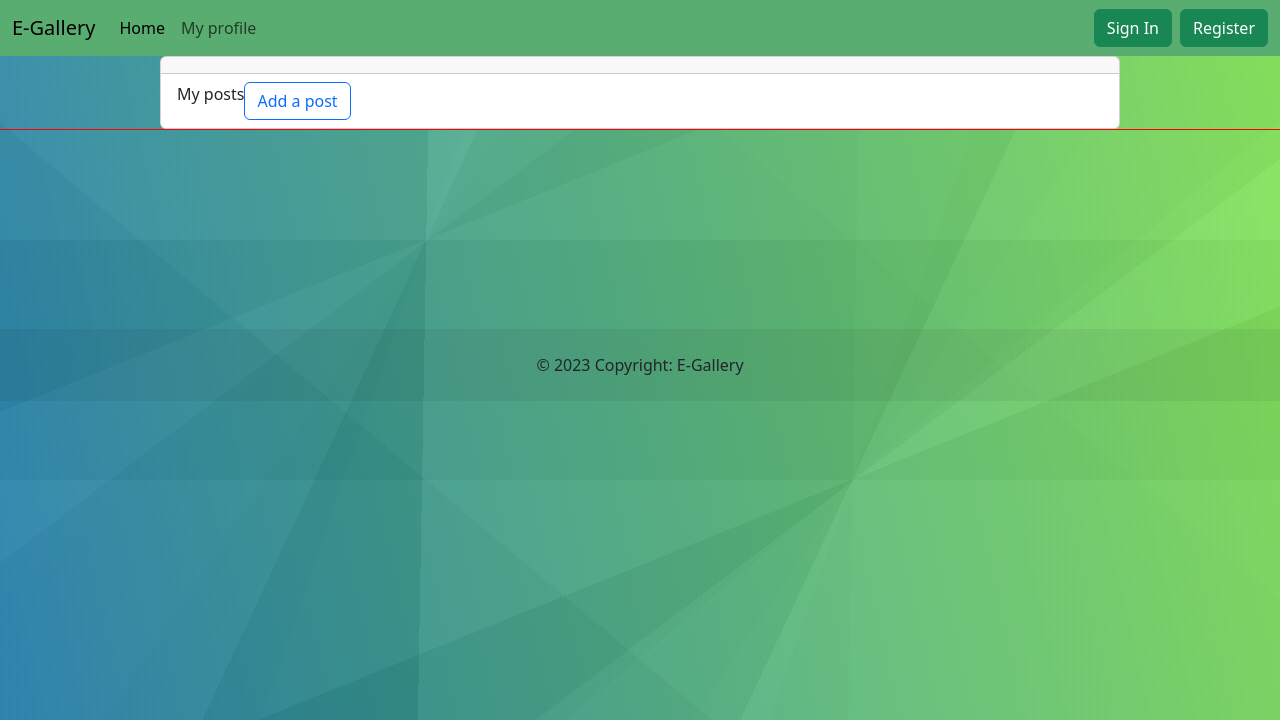
Repository: NicolasMartiel/ProjetJEE
Page: http://localhost/myprofile
These files come from the project's save history. The page is drawn as it stood at one moment and after the next save; the edit follows.
The browser window is 1280 px wide. The pictures show the whole page.
The page is this project's Thymeleaf template; nobody is signed in. The template is opened directly, without the code that normally fills it, so the values that code supplies are empty.

Above is the page before, as saved 2023-11-05 22:46:16.

### webapp/src/main/resources/templates/myprofile.html
<!DOCTYPE html>
<html lang="en" xmlns:th="http://www.thymeleaf.org">

<head>

	<title>E-Gallery</title>

	<meta name="description" content="Gallery of posts by different users">
	<meta name="author" content="Nicolas Martiel">
	<meta charset="UTF-8">

	<link rel="shortcut icon" href="#">
	<link href="https://cdn.jsdelivr.net/npm/bootstrap@5.3.2/dist/css/bootstrap.min.css" rel="stylesheet"
		integrity="sha384-T3c6CoIi6uLrA9TneNEoa7RxnatzjcDSCmG1MXxSR1GAsXEV/Dwwykc2MPK8M2HN" crossorigin="anonymous">
	<link rel="stylesheet" th:href="@{css/index.css}">

	<script th:src="@{js/index.js}"></script>

</head>

<body>
	<nav class="navbar navbar-expand-lg sticky-top" id="bg-color">

		<div class="container-fluid">

			<a class="navbar-brand" th:href="@{/}">E-Gallery</a>

			<button class="navbar-toggler" type="button" data-bs-toggle="collapse"
				data-bs-target="#navbarSupportedContent" aria-controls="navbarSupportedContent" aria-expanded="false"
				aria-label="Toggle navigation">
				<span class="navbar-toggler-icon"></span>

			</button>

			<div class="collapse navbar-collapse" id="navbarSupportedContent">

				<ul class="navbar-nav me-auto mb-2 mb-lg-0">

					<li class="nav-item">
						<a class="nav-link active" aria-current="page" th:href="@{/}">Home</a>
					</li>

					<li class="nav-item">
						<a class="nav-link" href="#">My profile</a>
					</li>

					<!--<li class="nav-item dropdown">

						<a class="nav-link dropdown-toggle" href="#" role="button" data-bs-toggle="dropdown"
							aria-expanded="false">
							Dropdown
						</a>

						<ul class="dropdown-menu">

							<li><a class="dropdown-item" href="#">Action</a></li>

							<li><a class="dropdown-item" href="#">Another action</a></li>

							<li>
								<hr class="dropdown-divider">
							</li>

							<li><a class="dropdown-item" href="#">Something else here</a></li>

						</ul>

					</li>-->


				</ul>



				<form class="d-flex">
					<button class="btn btn-success me-2" type="submit" onclick="alertWIP()">Sign In</button>
					<button class="btn btn-success " type="submit" onclick="alertWIP()">Register</button>
				</form>

			</div>
		</div>
	</nav>


	<div class="outline d-flex justify-content-center">
		<div class="card w-75" >
			<div class="card-header">

			</div>
			<ul class="list-group list-group-flush">
				<li class="list-group-item d-flex">
					My posts
					<button type="button" class="btn btn-outline-primary _position">Add a post</button>
				</li>

			</ul>
		</div>
	</div>

	<div class="height"></div>
	<footer>

		<div class="text-center p-4 _color">

			© 2023 Copyright: E-Gallery

		</div>

	</footer>

	<!--<script src="https://cdn.jsdelivr.net/npm/@popperjs/core@2.11.8/dist/umd/popper.min.js"
		integrity="sha384-I7E8VVD/ismYTF4hNIPjVp/Zjvgyol6VFvRkX/vR+Vc4jQkC+hVqc2pM8ODewa9r"
		crossorigin="anonymous"></script>-->
	<script src="https://cdn.jsdelivr.net/npm/bootstrap@5.3.2/dist/js/bootstrap.bundle.min.js"
		integrity="sha384-C6RzsynM9kWDrMNeT87bh95OGNyZPhcTNXj1NW7RuBCsyN/o0jlpcV8Qyq46cDfL"
		crossorigin="anonymous"></script>
</body>

</html>

### webapp/src/main/resources/static/css/index.css
body {

	margin:0;
	background-image: linear-gradient(323deg, rgba(234, 234, 234, 0.04) 0%, rgba(234, 234, 234, 0.04) 33.3%, rgba(69, 69, 69, 0.04) 33.3%, rgba(69, 69, 69, 0.04) 66.6%, rgba(189, 189, 189, 0.04) 66.6%, rgba(189, 189, 189, 0.04) 99.89999999999999%), linear-gradient(158deg, rgba(126, 126, 126, 0.05) 0%, rgba(126, 126, 126, 0.05) 33.3%, rgba(237, 237, 237, 0.05) 33.3%, rgba(237, 237, 237, 0.05) 66.6%, rgba(74, 74, 74, 0.05) 66.6%, rgba(74, 74, 74, 0.05) 99.89999999999999%), linear-gradient(91deg, rgba(3, 3, 3, 0.08) 0%, rgba(3, 3, 3, 0.08) 33.3%, rgba(156, 156, 156, 0.08) 33.3%, rgba(156, 156, 156, 0.08) 66.6%, rgba(199, 199, 199, 0.08) 66.6%, rgba(199, 199, 199, 0.08) 99.89999999999999%), linear-gradient(400deg, rgba(82, 82, 82, 0.06) 0%, rgba(82, 82, 82, 0.06) 33.3%, rgba(179, 179, 179, 0.06) 33.3%, rgba(179, 179, 179, 0.06) 66.6%, rgba(212, 212, 212, 0.06) 66.6%, rgba(212, 212, 212, 0.06) 99.89999999999999%), linear-gradient(109deg, rgba(70, 70, 70, 0.02) 0%, rgba(70, 70, 70, 0.02) 33.3%, rgba(166, 166, 166, 0.02) 33.3%, rgba(166, 166, 166, 0.02) 66.6%, rgba(53, 53, 53, 0.02) 66.6%, rgba(53, 53, 53, 0.02) 99.89999999999999%), linear-gradient(115deg, rgba(129, 129, 129, 0.09) 0%, rgba(129, 129, 129, 0.09) 33.3%, rgba(38, 38, 38, 0.09) 33.3%, rgba(38, 38, 38, 0.09) 66.6%, rgba(153, 153, 153, 0.09) 66.6%, rgba(153, 153, 153, 0.09) 99.89999999999999%), linear-gradient(140deg, rgba(51, 51, 51, 0.02) 0%, rgba(51, 51, 51, 0.02) 33.3%, rgba(12, 12, 12, 0.02) 33.3%, rgba(12, 12, 12, 0.02) 66.6%, rgba(158, 158, 158, 0.02) 66.6%, rgba(158, 158, 158, 0.02) 99.89999999999999%), linear-gradient(304deg, rgba(63, 63, 63, 0.03) 0%, rgba(63, 63, 63, 0.03) 33.3%, rgba(9, 9, 9, 0.03) 33.3%, rgba(9, 9, 9, 0.03) 66.6%, rgba(85, 85, 85, 0.03) 66.6%, rgba(85, 85, 85, 0.03) 99.89999999999999%), linear-gradient(180deg, rgba(247, 247, 247, 0.07) 0%, rgba(247, 247, 247, 0.07) 33.3%, rgba(93, 93, 93, 0.07) 33.3%, rgba(93, 93, 93, 0.07) 66.6%, rgba(208, 208, 208, 0.07) 66.6%, rgba(208, 208, 208, 0.07) 99%), linear-gradient(77deg, #0b91d7, #6efc29);
	background-repeat:no-repeat;
	background-attachment: fixed;

}


#bg-color {

	background-color: #5aad71;
}


.outline {

	outline: 1px solid red;
	height: fit-content;

}


.bordered {

	margin-right:1px;
	outline: .5px solid ;

}

.customheight {

	height: fit-content;

}

.position_size {

	text-align: right;
	font-size:small;

}

.sizet {

	font-size: 15px;;

}

.sized{

	font-size: 10px;

}

.remove_style {

	list-style-type: none;

}

.height {

	height : 200px;

}

._color {

	background-color: rgba(0, 0, 0, 0.05);

}


.setup {

	color:rgb(136, 138, 133);
	font-size: 10px;
	font-style: italic;
}


.edges {

	border-radius: 5px;

}

._overflow {

	max-height: 30px;;
	overflow-y: scroll;

}

._position {



}

### webapp/src/main/resources/static/js/index.js
console.log("js ok")

function alertWIP() {
	alert("Work in progress")
}

After the next save:
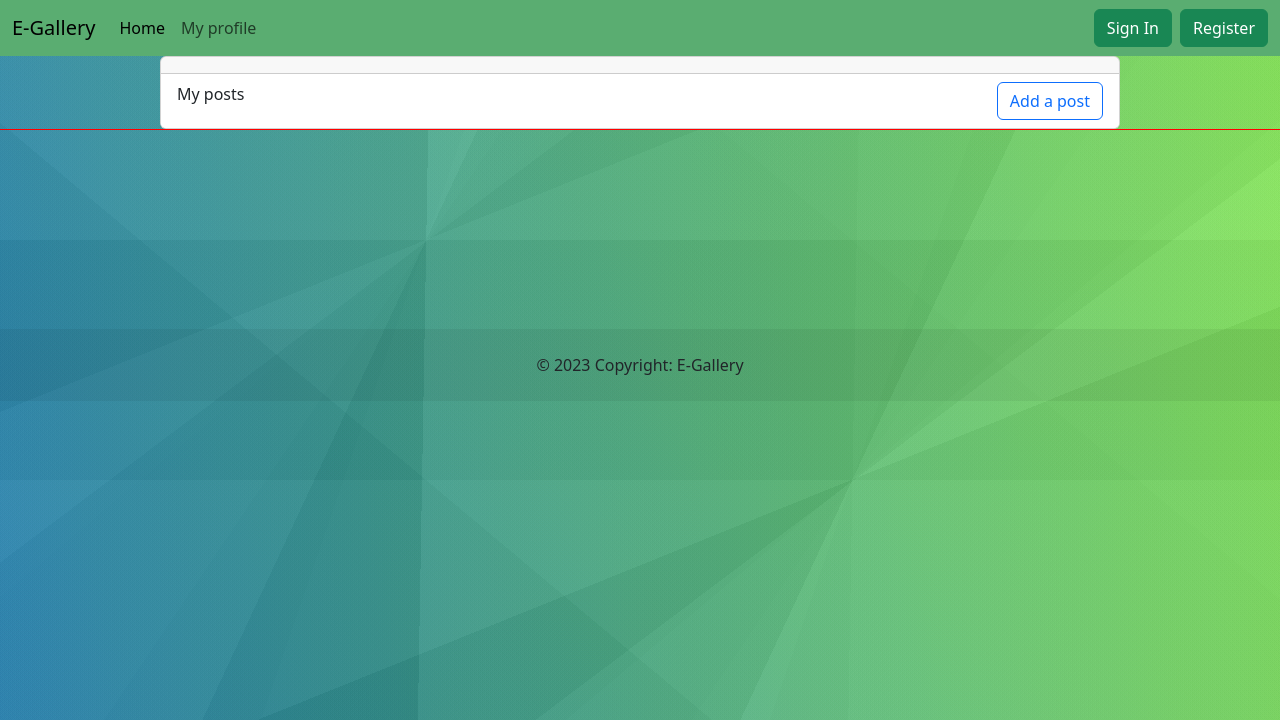
Saved 3 min 10 s later.
--- a/webapp/src/main/resources/static/css/index.css
+++ b/webapp/src/main/resources/static/css/index.css
@@ -96,6 +96,6 @@ body {
 
 ._position {
 
-
+	margin-left:auto;
 
 }
